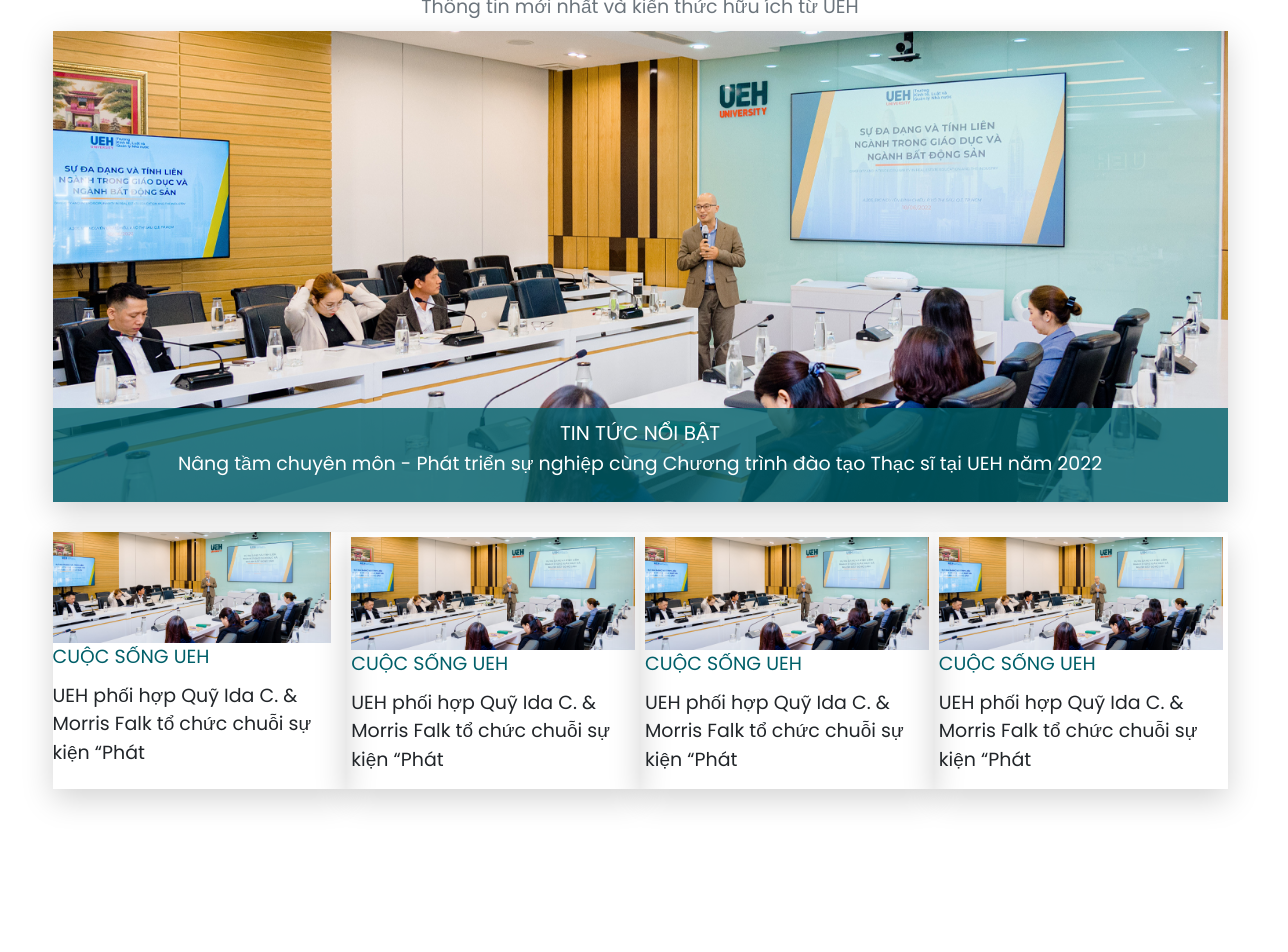
Repository: Jackietruong2805/frontends
Page: html css/ueh/index.html
The author's editor kept a copy of each file at every save. The page is drawn from the files as they stood at one save, then again after the next save.
The browser window is 1280 px wide. The page is 1288 px wide, so the pictures cover 1288 px, including what lies to the right of the window. The pictures show the part of the page from y = 768 to 1720 px (the page is 1720 px tall).
Some web libraries are served in a nearby version.

Above is the page before, as saved 2022-06-20 09:35:46.

### html css/ueh/index.html
<!DOCTYPE html>
<html lang="en">
  <head>
    <meta charset="UTF-8" />
    <meta http-equiv="X-UA-Compatible" content="IE=edge" />
    <meta name="viewport" content="width=device-width, initial-scale=1.0" />
    <title>UEH</title>
    <!-- FONT GOOGLE -->
    <link rel="preconnect" href="https://fonts.googleapis.com" />
    <link rel="preconnect" href="https://fonts.gstatic.com" crossorigin />
    <link
      href="https://fonts.googleapis.com/css2?family=Poppins:wght@300;400;700&display=swap"
      rel="stylesheet"
    />
    <!-- FONT AWESOME -->
    <link
      rel="stylesheet"
      href="https://cdnjs.cloudflare.com/ajax/libs/font-awesome/6.1.1/css/all.min.css"
      integrity="sha512-KfkfwYDsLkIlwQp6LFnl8zNdLGxu9YAA1QvwINks4PhcElQSvqcyVLLD9aMhXd13uQjoXtEKNosOWaZqXgel0g=="
      crossorigin="anonymous"
      referrerpolicy="no-referrer"
    />
    <!-- BS5 -->
    <link
      href="https://cdn.jsdelivr.net/npm/bootstrap@5.1.3/dist/css/bootstrap.min.css"
      rel="stylesheet"
      integrity="sha384-1BmE4kWBq78iYhFldvKuhfTAU6auU8tT94WrHftjDbrCEXSU1oBoqyl2QvZ6jIW3"
      crossorigin="anonymous"
    />
    <!-- INDEX CSS -->
    <link rel="stylesheet" href="./css/index.css" />
  </head>
  <body class="fix">
    <!-- HEADER -->
    <header class="container-fluid p-0">
      <nav
        class="navbar navbar-expand-lg navbar-dark bg-dark p-0 fixed-top w-100"
        id="brand-bar"
      >
        <div class="container-fluid px-5">
          <a class="navbar-brand" id="header--workmark" href="#">
            <img src="./img/logo-header.png" id="logo-header" alt="ueh-logo" />
          </a>
          <button
            class="navbar-toggler"
            type="button"
            data-bs-toggle="collapse"
            data-bs-target="#navbarUeh"
            aria-controls="navbarSupportedContent"
            aria-expanded="false"
            aria-label="Toggle navigation"
          >
            <span class="navbar-toggler-icon"></span>
          </button>
          <div class="collapse navbar-collapse" id="navbarUeh">
            <ul class="navbar-nav ms-auto mb-2 mb-lg-0 px-5">
              <li class="nav-item">
                <a class="nav-link active" aria-current="page" href="#"
                  >Tân sinh viên</a
                >
              </li>
              <li class="nav-item">
                <a class="nav-link" href="#">Người học</a>
              </li>
              <li class="nav-item">
                <a class="nav-link" href="#">Cựu sinh viên</a>
              </li>
              <li class="nav-item">
                <a class="nav-link" href="#">UEH Future</a>
              </li>
              <li class="nav-item">
                <a class="nav-link" href="#">UEHer</a>
              </li>
              <li class="nav-item">
                <a class="nav-link" href="#">UEH Vĩnh Long</a>
              </li>
              <li class="nav-item d-flex align-items-center">
                <div class="button-cover">
                  <span class="vi text-white">VI</span>
                  <span class="en">EN</span>
                </div>
              </li>
            </ul>
            <button class="btn btn-info">
              <i class="fa fa-search"></i>
            </button>
          </div>
        </div>
      </nav>
      <div id="video" class="video row">
        <div class="video-ueh"></div>
      </div>
    </header>

    <!-- CAROUSEL -->
    <div class="body">
      <section class="carousel">
        <div id="uehIndicators" class="carousel slide" data-bs-ride="carousel">
          <div class="carousel-indicators">
            <button
              type="button"
              data-bs-target="#uehIndicators"
              data-bs-slide-to="0"
              class="active"
              aria-current="true"
              aria-label="Slide 1"
            ></button>
            <button
              type="button"
              data-bs-target="#uehIndicators"
              data-bs-slide-to="1"
              aria-label="Slide 2"
            ></button>
            <button
              type="button"
              data-bs-target="#uehIndicators"
              data-bs-slide-to="2"
              aria-label="Slide 3"
            ></button>
            <button
              type="button"
              data-bs-target="#uehIndicators"
              data-bs-slide-to="3"
              aria-label="Slide 4"
            ></button>
            <button
              type="button"
              data-bs-target="#uehIndicators"
              data-bs-slide-to="4"
              aria-label="Slide 4"
            ></button>
          </div>
          <div class="carousel-inner">
            <div class="carousel-item active">
              <img src="./img/slider-1.jpg" class="d-block w-100" alt="..." />
            </div>
            <div class="carousel-item">
              <img src="./img/slider-2.png" class="d-block w-100" alt="..." />
            </div>
            <div class="carousel-item">
              <img src="./img/slider-3.jpg" class="d-block w-100" alt="..." />
            </div>
            <div class="carousel-item">
              <img src="./img/slider-4.jpg" class="d-block w-100" alt="..." />
            </div>
            <div class="carousel-item">
              <img src="./img/slider-5.png" class="d-block w-100" alt="..." />
            </div>
          </div>
          <button
            class="carousel-control-prev"
            type="button"
            data-bs-target="#uehIndicators"
            data-bs-slide="prev"
          >
            <span class="ueh-block-title">
              <i class="fa fa-angle-left"></i>
            </span>
            <span class="visually-hidden">Previous</span>
          </button>
          <button
            class="carousel-control-next"
            type="button"
            data-bs-target="#uehIndicators"
            data-bs-slide="next"
          >
            <span class="ueh-block-title"
              ><i class="fa fa-angle-right"></i
            ></span>
            <span class="visually-hidden">Next</span>
          </button>
        </div>
      </section>
      <!-- CAROUSEL -->

      <!-- NEWS -->
      <section class="news my-5">
        <h1 class="text-center ueh-block-title fw-bold fs-1">Tin tức</h1>
        <p class="text-muted text-center">
          Thông tin mới nhất và kiến thức hữu ích từ UEH
        </p>
        <div class="container-fluid px-5">
          <div class="row px-5">
            <div class="col-12 shadow-lg p-0 overflow-hidden position-relative">
              <img
                class="img-fluid"
                id="img-scale"
                src="./img/news-1.jpg"
                alt="news1"
              />
              <div class="news__overplay">
                <h2 class="over-1">TIN TỨC NỔI BẬT</h2>
                <p class="over-2">
                  Nâng tầm chuyên môn - Phát triển sự nghiệp cùng Chương trình
                  đào tạo Thạc sĩ tại UEH năm 2022
                </p>
              </div>
            </div>
          </div>
          <div class="row px-5 py-5">
            <div class="col-3 p-0 pe-4 shadow-lg">
              <div class="news__img">
                <img class="img-fluid" src="./img/news-1.jpg" alt="news-1" />
              </div>
              <p style="color: rgb(0, 95, 105)">CUỘC SỐNG UEH</p>
              <p>
                UEH phối hợp Quỹ Ida C. & Morris Falk tổ chức chuỗi sự kiện
                “Phát
              </p>
            </div>
            <div class="col-3 p-0 p-2 shadow-lg">
              <img class="img-fluid" src="./img/news-1.jpg" alt="news-1" />
              <p style="color: rgb(0, 95, 105)">CUỘC SỐNG UEH</p>
              <p>
                UEH phối hợp Quỹ Ida C. & Morris Falk tổ chức chuỗi sự kiện
                “Phát
              </p>
            </div>
            <div class="col-3 p-0 p-2 shadow-lg">
              <img class="img-fluid" src="./img/news-1.jpg" alt="news-1" />
              <p style="color: rgb(0, 95, 105)">CUỘC SỐNG UEH</p>
              <p>
                UEH phối hợp Quỹ Ida C. & Morris Falk tổ chức chuỗi sự kiện
                “Phát
              </p>
            </div>
            <div class="col-3 p-0 p-2 shadow-lg">
              <img class="img-fluid" src="./img/news-1.jpg" alt="news-1" />
              <p style="color: rgb(0, 95, 105)">CUỘC SỐNG UEH</p>
              <p>
                UEH phối hợp Quỹ Ida C. & Morris Falk tổ chức chuỗi sự kiện
                “Phát
              </p>
            </div>
          </div>
        </div>
      </section>
      <!-- ADMISSIONS -->
      <section class="admissions"></section>
      <!-- EVENT -->
      <section class="event"></section>
      <!-- RESEARCH -->
      <section class="research"></section>
      <!-- TRAIN -->
      <section class="train"></section>
      <!-- COOPERATION -->
      <section class="coOperation"></section>
      <!-- ACCREDITATION -->
      <section class="accreditation"></section>
      <!-- UEH -->
      <section class="ueh"></section>
      <!-- INTRO -->
      <section class="intro"></section>
      <!-- EXPLORE -->
      <section class="explore"></section>
      <!-- FOOTER -->
      <footer></footer>
    </div>

    <div class="placeholder"></div>

    <!-- thư viện hộ trợ -->
    <script
      src="https://cdn.jsdelivr.net/npm/bootstrap@5.1.3/dist/js/bootstrap.bundle.min.js"
      integrity="sha384-ka7Sk0Gln4gmtz2MlQnikT1wXgYsOg+OMhuP+IlRH9sENBO0LRn5q+8nbTov4+1p"
      crossorigin="anonymous"
    ></script>
    <script src="./js/index.js"></script>
  </body>
</html>

### html css/ueh/css/index.css
/* Global */
* {
    padding: 0;
    margin: 0;
    box-sizing: border-box;
}

html {
    font-size: 10px;
}

body {
    font-size: 1.9em;
}

body,
html {
    font-family: 'Poppins', sans-serif;
}

.ueh-block-title {
    color: #f26f33 !important;
}

.fs-1 {
    font-size: 3.0517578125em !important;
    ;
}

#img-scale {
    transform: scale(1);
    transition: 0.5s;
}

#img-scale:hover {
    transform: scale(1.05);
}

.fixed {
    position: fixed;
    top: 0;
    width: 100%;
    z-index: -2;
}

.section {
    padding: 30px 0;
}

/* HEADER */
.fix .body {
    position: fixed;
    top: 20vh;
    width: 100%;
    z-index: -1;
}

.fix .placeholder {
    position: relative;
    height: 1000px;
    z-index: 1;
}

header {
    height: 100vh;
    display: flex;
    flex-direction: column;
    position: relative;
    z-index: 1;
}

.video {
    flex-grow: 1;
}

.video-ueh {
    height: 100%;
    background-image: url('../img/ueh-vid.gif');
    background-position: center;
    background-repeat: no-repeat;
    background-size: cover;
}

#brand-bar {
    background-color: rgb(0, 95, 105) !important;

}

#navbarUeh .nav-item {
    transition: 0.5s;
}

#navbarUeh .nav-item:hover:not(:last-child) {
    background-color: #f26f33;
}

.navbar #header--workmark {
    font-size: 1.1em !important;
    line-height: 1.8em !important;
}

#logo-header {
    max-height: 36px !important;
}

#navbarUeh .nav-item .nav-link {
    color: #fff;
    font-weight: 300;
    padding: .5555555556em .5em;
    outline-offset: -4px;
}

.button-cover {
    background-color: white;
    border-radius: 30px;
    padding: 1.5px 4px;
    line-height: 10px;
}

.button-cover .vi {
    display: inline-block;
    border-radius: 50%;
    background-color: rgb(0, 95, 105);
    padding: 8px;
    font-size: 10px;
    font-weight: bold;
}

.button-cover .en {
    color: rgb(0, 95, 105);
    font-size: 10px;
    padding: 5px;
    font-weight: bold;
}

#navbarUeh .btn-info,
#navbarUeh .btn-info:focus {
    color: white;
    background-color: rgb(0, 95, 105);
    border: 0;
    font-size: inherit;
    padding: 0 40px 0 60px;
    box-shadow: none;
}


/* CAROUSEL */


#uehIndicators .carousel-indicators .active {
    background-color: white;
}

.carousel-control-prev,
.carousel-control-next {
    opacity: 1;
    width: 5%;
}

.carousel-indicators [data-bs-target] {
    width: 10px;
    height: 10px;
    border-radius: 50%;
    background-color: transparent;
    border: 2px solid white;
    background-clip: border-box;
}

.carousel-control-prev .fa-angle-left {
    font-size: 40px;
}

.carousel-control-next .fa-angle-right {
    font-size: 40px;
}

.news__overplay {
    position: absolute;
    width: 100%;
    height: 20%;
    background-color: rgba(0, 95, 105, 0.8);
    bottom: 0;
    display: flex;
    flex-direction: column;
    justify-content: center;
    text-align: center;
    color: #fff;
}

### html css/ueh/js/index.js
window.onscroll = function () {
  const video = document.getElementById("video");
  const body = document.querySelector("body");
  const videoHeight = video.offsetHeight;

  if (document.documentElement.scrollTop <= videoHeight) {
    body.classList.add("fix");
  } else {
    body.classList.remove("fix");
  }
};

After the next save:
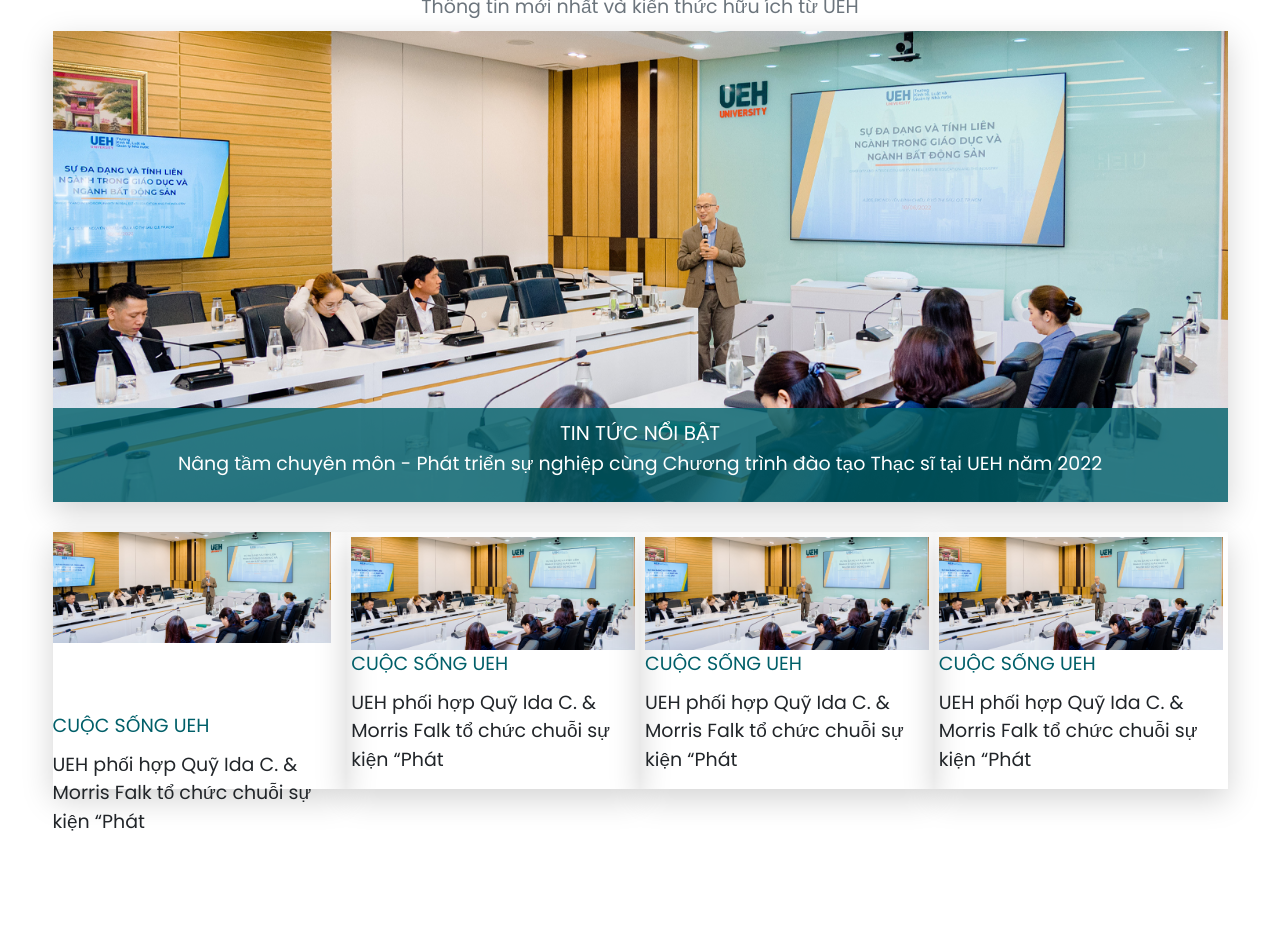
Saved 20 s later.
--- a/html css/ueh/css/index.css
+++ b/html css/ueh/css/index.css
@@ -186,3 +186,7 @@
     text-align: center;
     color: #fff;
 }
+
+.news__img {
+    height: 70%;
+}
